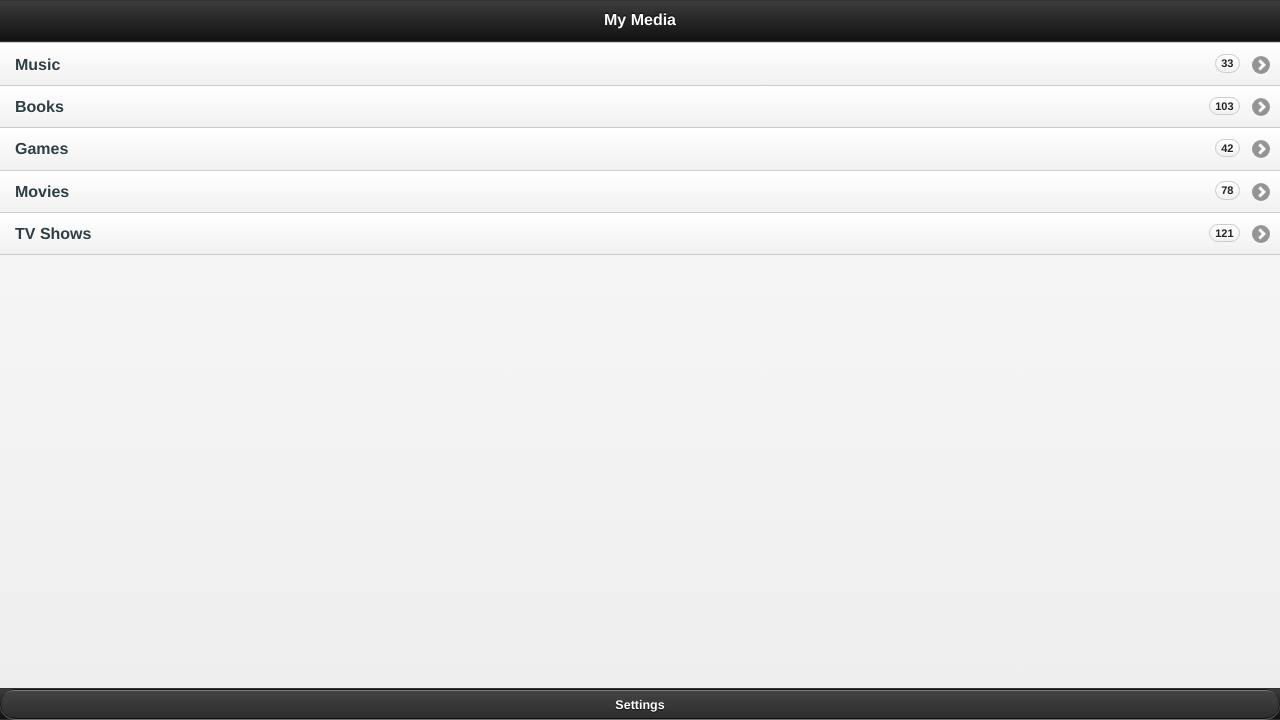
Repository: shavo0915/MediaCollectionApp
Page: MediaCollectionApp/assets/www/index.html
An editor plug-in stored every save of this project. The page is shown before and after the next save, followed by the edit.
The browser window is 1280 px wide. The pictures show the whole page.

Above is the page before, as saved 2013-01-30 23:34:23.

After the next save:
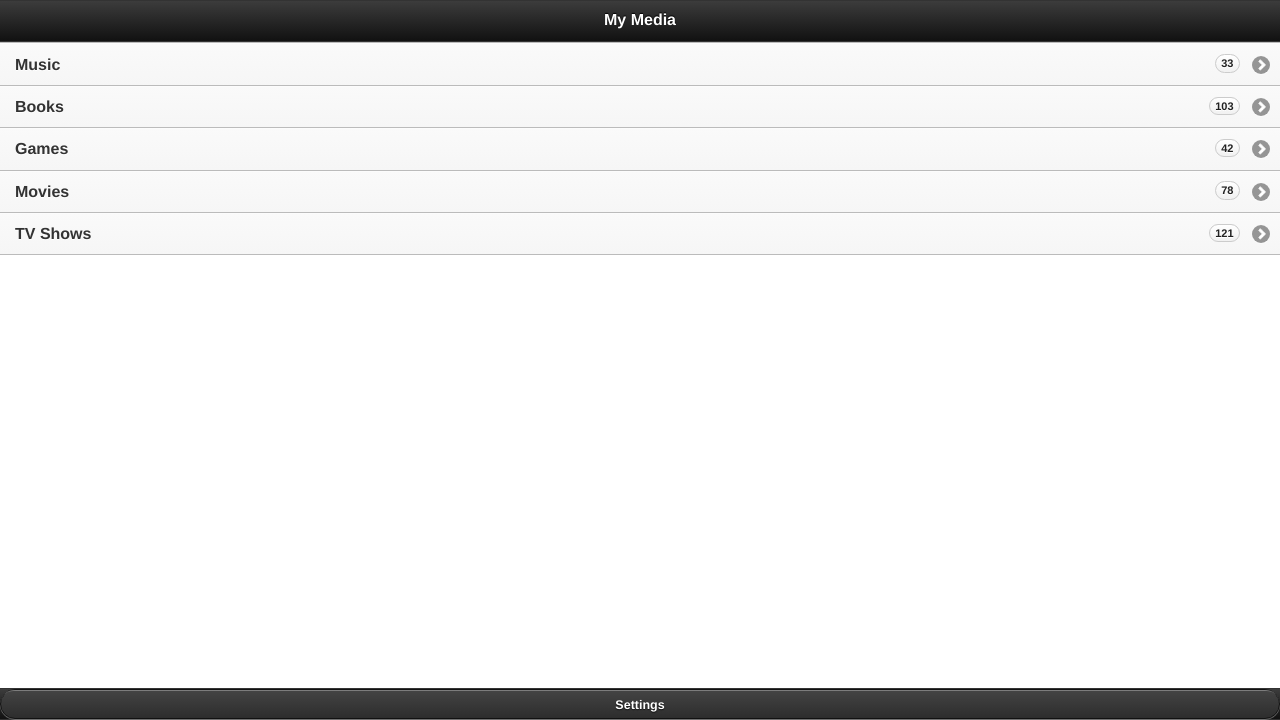
Saved 10 s later.
--- a/MediaCollectionApp/assets/www/index.html
+++ b/MediaCollectionApp/assets/www/index.html
@@ -9,7 +9,7 @@
 </head>
 <body>
 
-	<div data-role="page" id="myMedia" data-theme="c">
+	<div data-role="page" id="myMedia" data-theme="d">
 
 		<div data-role="header">
 			<h1>My Media</h1>
